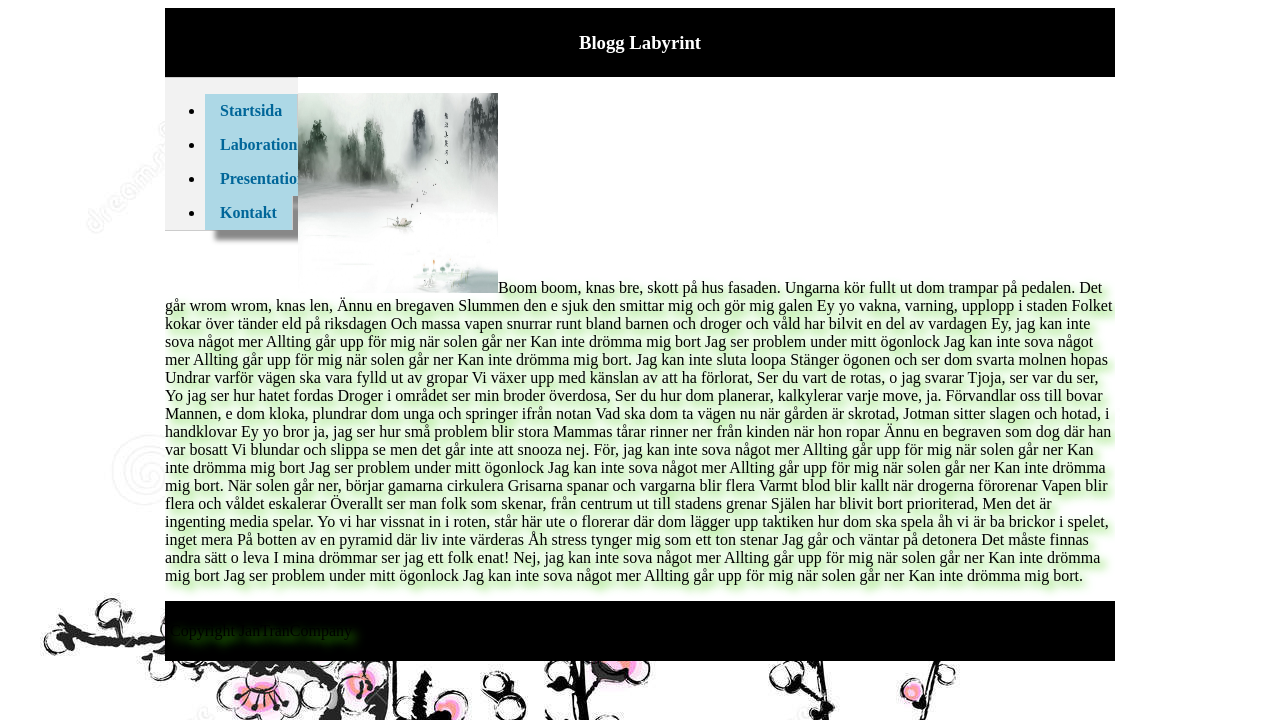
Repository: jt222ic/1ik415-jt222ic-lab-1
Page: pages/Blogginlagg.html
The author's editor kept a record of every edit. The page is drawn from the files as they stood at one moment, then again after the next edit.
The browser window is 1280 px wide. The pictures show the whole page.

Above is the page before.

After the next edit:
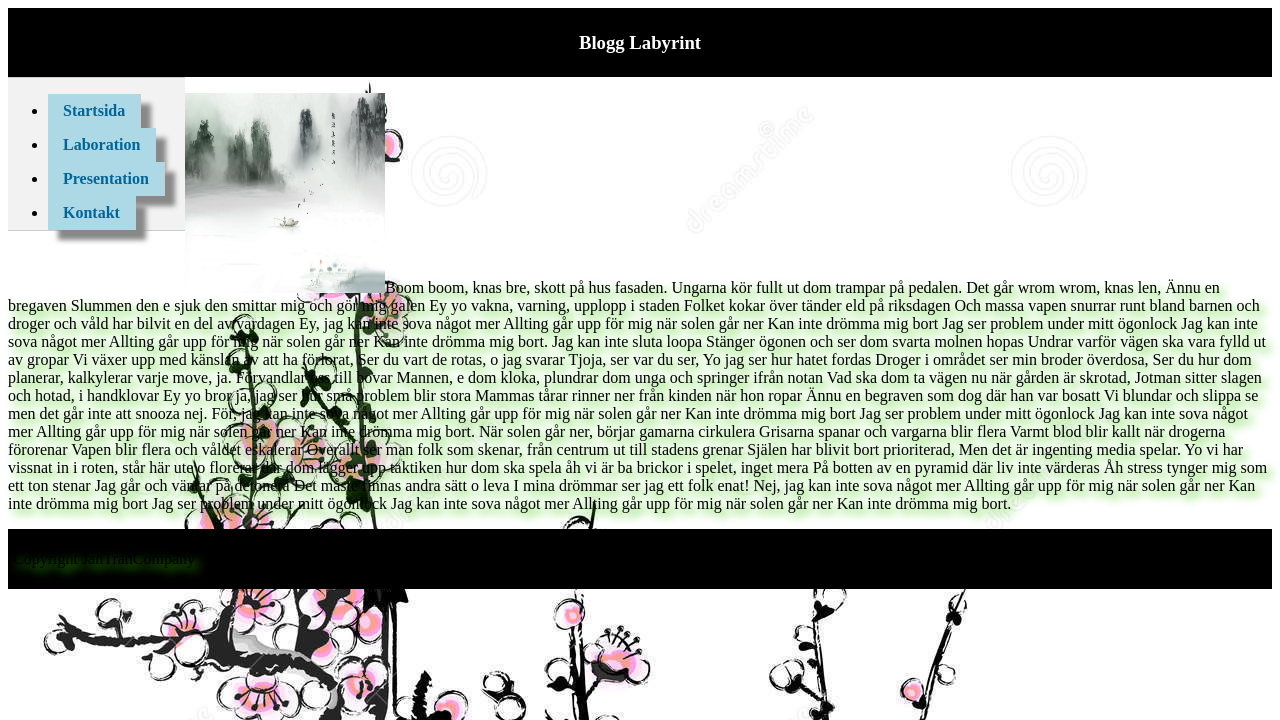
The edit:
--- a/pages/Blogginlagg.html
+++ b/pages/Blogginlagg.html
@@ -6,7 +6,6 @@
        <link rel="stylesheet" href="Csss/style.css" />
     </head>
     <body>
-<div id="container">
 
 
    <div id="header"><h3>Blogg Labyrint</h3>

After the 2 edits that followed:
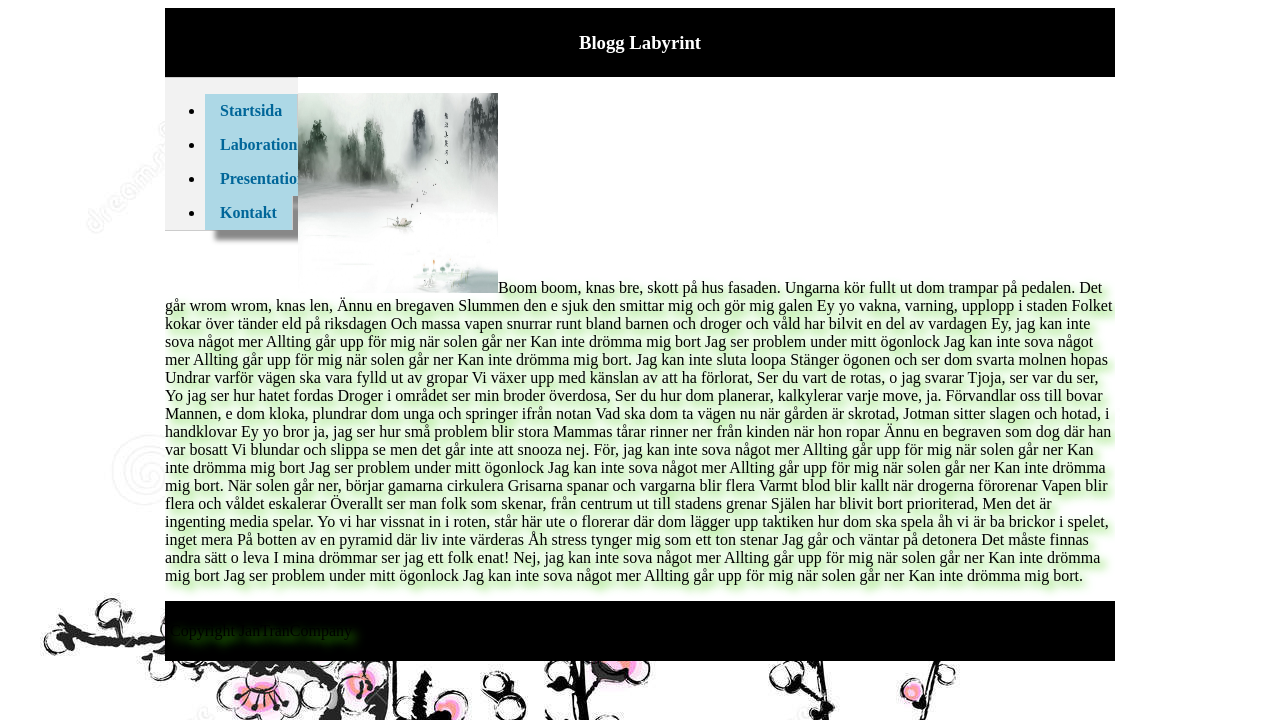
The 2 edits are shown as one change because 1 left the picture as it was.
The edit:
--- a/pages/Blogginlagg.html
+++ b/pages/Blogginlagg.html
@@ -6,6 +6,7 @@
        <link rel="stylesheet" href="Csss/style.css" />
     </head>
     <body>
+<div id="container">
 
 
    <div id="header"><h3>Blogg Labyrint</h3>
@@ -107,7 +108,7 @@
 
 </div>
 </div>
-</div>
+
 
 
 
